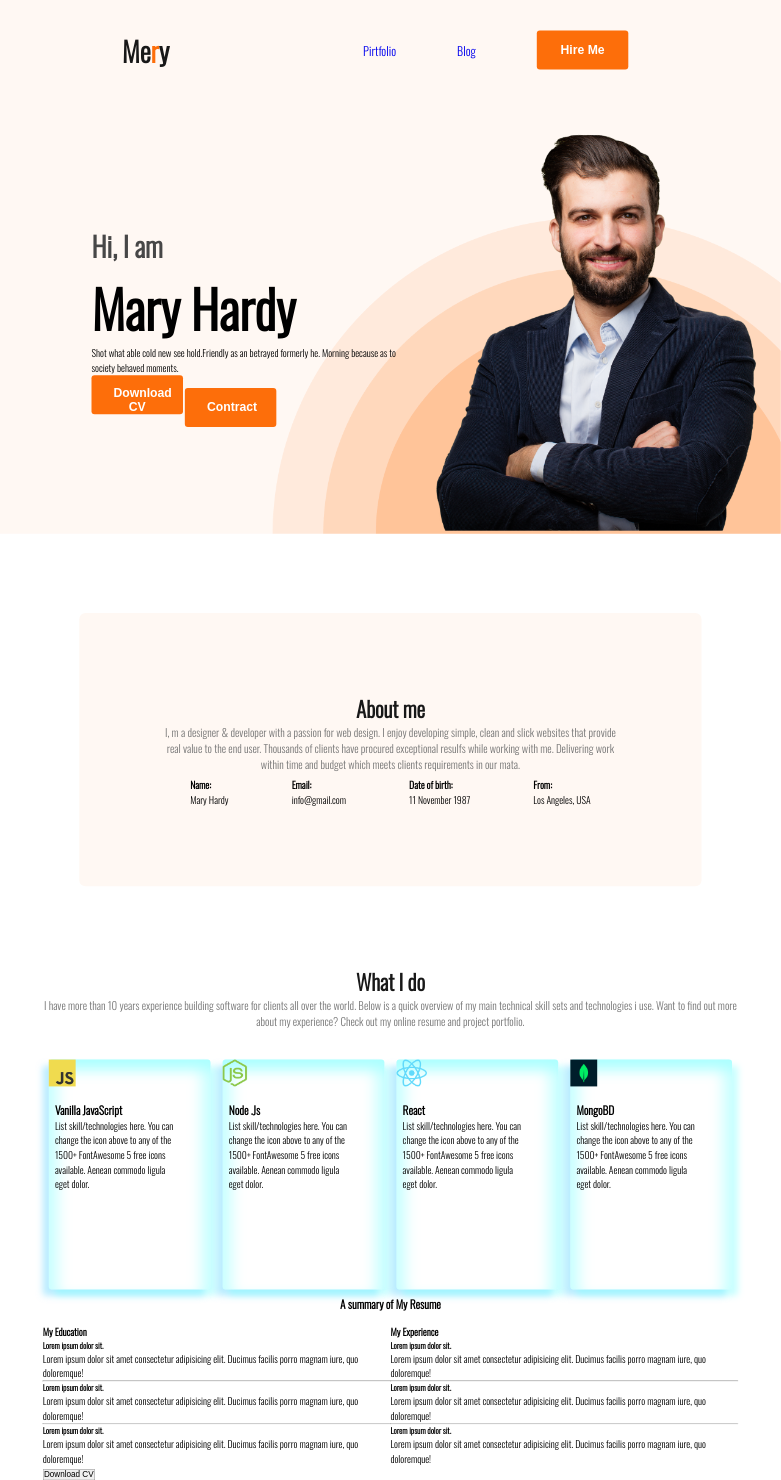
Repository: sumonkumarsarkar/my-website-personal
Page: index.html
The author's editor kept a copy of each file at every save. The page is drawn from the files as they stood at one save, then again after the next save.
The browser window is 1280 px wide. The pictures show the whole page, at 61% of full size.

Above is the page before, as saved 2024-01-06 16:47:09.

### index.html
<!DOCTYPE html>
<html lang="en">
  <head>
    <meta charset="UTF-8" />
    <meta name="viewport" content="width=device-width, initial-scale=1.0" />
    <title>My Personal Website</title>
    <link rel="preconnect" href="https://fonts.googleapis.com" />
    <link rel="preconnect" href="https://fonts.gstatic.com" crossorigin />
    <link
      href="https://fonts.googleapis.com/css2?family=Open+Sans:wght@700;800&family=Oswald:wght@300&display=swap"
      rel="stylesheet"
    />
    <link rel="stylesheet" href="./style.css" />
  </head>
  <body>
    <header class="header">
      <nav>
        <h3 class="nav-title">Me<span class="text-primary">r</span>y</h3>
        <ul>
          <li><a href="#">Pirtfolio</a></li>
          <li><a href="#">Blog</a></li>
          <li><button type="button" class="btn-button">Hire Me</button></li>
        </ul>
      </nav>

      <div class="banner">
        <div class="banner-part">
          <h3 class="banner-greeting">Hi, I am</h3>
          <h1 class="banner-title">Mary Hardy</h1>
          <p>
            Shot what able cold new see hold.Friendly as an betrayed formerly
            he. Morning because as to society behaved moments.
          </p>
          <button type="button" class="btn-button">Download CV</button>
          <button class="btn-button" type="button">Contract</button>
        </div>
        <div>
          <img class="profile-picture" src="./images/hardy.png" alt="" />
        </div>
      </div>
    </header>

    <!-- main section  -->

    <main>
      <section class="about">
        <h3 class="section-title">About me</h3>
        <p class="section-description">
          I, m a designer & developer with a passion for web design. I enjoy
          developing simple, clean and slick websites that provide real value to
          the end user. Thousands of clients have procured exceptional resulfs
          while working with me. Delivering work within time and budget which
          meets clients requirements in our mata.
        </p>

        <div class="about-info-container">
          <div class="about-info">
            <h4 class="info-titlt">Name:</h4>
            <p>Mary Hardy</p>
          </div>
          <div class="about-info">
            <h4 class="info-titlt">Email:</h4>
            <p>info@gmail.com</p>
          </div>
          <div class="about-info">
            <h4 class="info-titlt">Date of birth:</h4>
            <p>11 November 1987</p>
          </div>
          <div class="about-info">
            <h4 class="info-titlt">From:</h4>
            <p>Los Angeles, USA</p>
          </div>
        </div>
      </section>

      <section class="what-section">
        <h3 class="section-title">What I do</h3>
        <p class="section-description">
          I have more than 10 years experience building software for clients all
          over the world. Below is a quick overview of my main technical skill
          sets and technologies i use. Want to find out more about my
          experience? Check out my online resume and project portfolio.
        </p>

        <div class="skill-container">
          <div class="skill">
            <img src="./images/icons/js.png" alt="" />
            <div class="skill-item">
              <h3 class="skill-title">Vanilla JavaScript</h3>
              <p class="skill-description">
                List skill/technologies here. You can change the icon above to
                any of the 1500+ FontAwesome 5 free icons available. Aenean
                commodo ligula eget dolor.
              </p>
            </div>
          </div>
          <div class="skill">
            <img src="./images/icons/nodejs.png" alt="" />
            <div class="skill-item">
              <h3 class="skill-title">Node .Js</h3>
              <p class="skill-description">
                List skill/technologies here. You can change the icon above to
                any of the 1500+ FontAwesome 5 free icons available. Aenean
                commodo ligula eget dolor.
              </p>
            </div>
          </div>
          <div class="skill">
            <img src="./images/icons/react.png" alt="" />
            <div class="skill-item">
              <h3 class="skill-title">React</h3>
              <p class="skill-description">
                List skill/technologies here. You can change the icon above to
                any of the 1500+ FontAwesome 5 free icons available. Aenean
                commodo ligula eget dolor.
              </p>
            </div>
          </div>
          <div class="skill">
            <img src="./images/icons/mongo.png" alt="" />
            <div class="skill-item">
              <h3 class="skill-title">MongoBD</h3>
              <p class="skill-description">
                List skill/technologies here. You can change the icon above to
                any of the 1500+ FontAwesome 5 free icons available. Aenean
                commodo ligula eget dolor.
              </p>
            </div>
          </div>
        </div>


     <!-- summary section start  -->
     <section class="section-resume">
      <h3 class="summary-title">A summary of My Resume</h3>
      <div class="summary-section">

          <div class="education-item">
          <h4 class="education-title">My Education</h4>
          <div class="education-details">
          <h5>Lorem ipsum dolor sit.</h5>
          <P>Lorem ipsum dolor sit amet consectetur adipisicing elit. Ducimus facilis porro magnam iure, quo doloremque!</P>
          </div>
          <hr>

          <div class="education-details">
          <h5>Lorem ipsum dolor sit.</h5>
          <P>Lorem ipsum dolor sit amet consectetur adipisicing elit. Ducimus facilis porro magnam iure, quo doloremque!</P>
          </div><hr>
          <div class="education-details">
          <h5>Lorem ipsum dolor sit.</h5>
          <P>Lorem ipsum dolor sit amet consectetur adipisicing elit. Ducimus facilis porro magnam iure, quo doloremque!</P>
          </div>

         </div>

          <!-- Education end  -->

         <div class="experence-item">
          <h4 class="experence">My Experience</h4>

          <div class="education-details">
            <h5>Lorem ipsum dolor sit.</h5>
            <P>Lorem ipsum dolor sit amet consectetur adipisicing elit. Ducimus facilis porro magnam iure, quo doloremque!</P>
            </div><hr>
          <div class="education-details">
            <h5>Lorem ipsum dolor sit.</h5>
            <P>Lorem ipsum dolor sit amet consectetur adipisicing elit. Ducimus facilis porro magnam iure, quo doloremque!</P>
            </div><hr>
          <div class="education-details">
            <h5>Lorem ipsum dolor sit.</h5>
            <P>Lorem ipsum dolor sit amet consectetur adipisicing elit. Ducimus facilis porro magnam iure, quo doloremque!</P>
            </div>
         </div>
      </div>

      <button type="button" class="sub-button">Download CV</button>
<!-- Education  start  -->


     </section>


    </div>




     <!-- summary section end  -->


      </section>
    </main>
  </body>
</html>

### style.css
* {
  margin: 0;
  padding: 0;
}
body {
  font-family: "Open Sans", sans-serif;
  font-family: "Oswald", sans-serif;
}
nav {
  display: flex;
  align-items: center;
  justify-content: space-between;
  margin: 0 200px;
}

.nav-title {
  font-size: 45px;
  color: #181818;
  line-height: normal;
  font-weight: 800;
}
.text-primary {
  color: #fd6e0a;
}
nav ul {
  display: flex;
  align-items: center;
}
nav a {
  text-decoration: none;
}
nav li {
  list-style: none;
  margin: 50px;
  font-size: 20px;
  color: #474747;
  text-align: center;
}

.section-title {
    color:#181818;
    text-align: center;
    font-size: 35px;
    font-weight: 700;
}
.section-description{
    color:#757575;
    text-align: center;
    font-size: 18px;

}

.btn-button {
  height: 64px;
  width: 150px;
  color: #ffff;
  background: #fd6e0a;
  border-radius: 5px;
  font-size: 20px;
  border: 0;
  font-weight: 700;
  padding: 18px 36px;
}

.header {
  background: #fff8f3;
  background-image: url(./images/header_bg.png);
  background-repeat: no-repeat;
  background-position: bottom right;
}
.banner {
  padding: 30px 30px 0 150px;
  display: flex;
  align-items: center;
  justify-content: space-between;
}
.banner-part {
  max-width: 500px;
}
.banner .profile-picture {
  height: 676px;
  width: 584px;
}
.banner-greeting {
  font-size: 45px;
  color: #474747;
  margin-bottom: 5px;
}
.banner-title {
  font-size: 85px;
  font-weight: 700;
  margin-top: 5px;
}

/* main section   */

main{
    max-width: 1140;
    margin: 0 auto;
}

/* about section  */
.about {
  padding: 130px;
  border-radius:10px;
  background: #fff8f3;
  margin:130px ;
}
.about-info-container{
    display: flex;
    justify-content:space-around;
    margin-top: 10px;
}
.about-info-container h4{
    margin: 0 auto;
}

.what-section{
    max-width: 1140px;
    margin: 0 auto;
}
.skill-container{
    display:flex;
    margin-top:40px;

}
.skill{
    height: 377px;
    width: 267px;
    background: #FFFFFF;
    border-radius: 5px;
    margin: 10px;
    box-shadow:10px 10px 10px rgba(122, 333, 455, .4),
          -10px 10px 10px rgba(122, 220, 300, .5),
          inset 15px 15px 22px rgba(122, 333, 455, .4),
          inset -15px 15px 22px rgba(122, 333, 455, .4);
}
.kill img{
    height:40px;
    width: 40px;
    margin-top:50px;
    padding: 10px;
}
.kill img{

    margin-top:10px;
    padding: 10px;
}
.skill .skill-item{
    width: 204px;
    height: 243px;
    margin-top: 10px;
    padding: 10px;
}


/* summary section start  */
.section-resume{
    max-width: 1140px;

}
.summary-title{
    text-align: center;
    margin-bottom:20px;
}
.summary-section{
    display:flex;
}




    .align-items: center;
}




/* summary section end */



.summary-section{
    display:flex;
    padding: 20px;

}

After the next save:
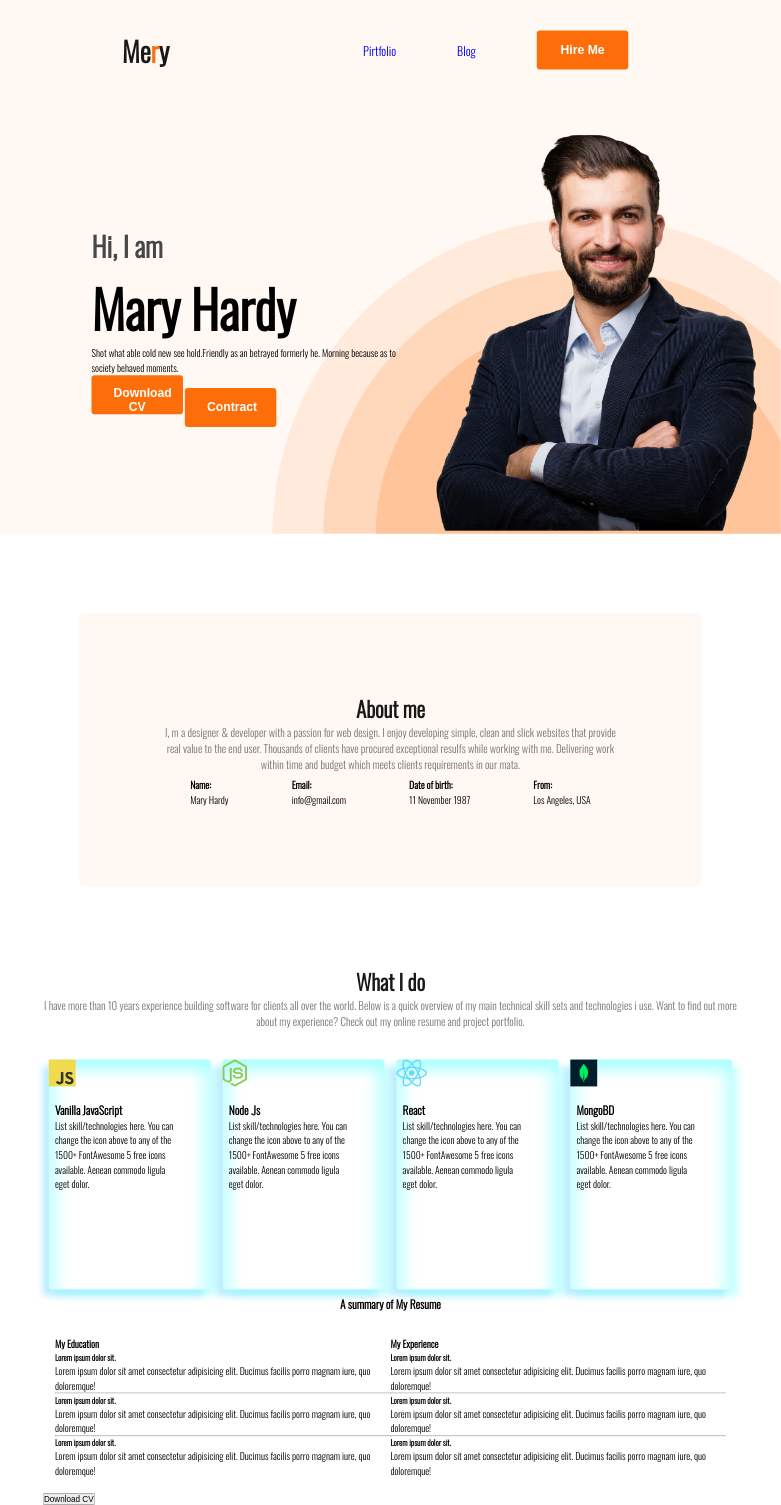
Saved 24 s later.
--- a/style.css
+++ b/style.css
@@ -159,6 +159,10 @@ main{
     max-width: 1140px;
 
 }
+.section-resume .sub-button{
+   text-align: center;
+
+}
 .summary-title{
     text-align: center;
     margin-bottom:20px;
@@ -170,8 +174,6 @@ main{
 
 
 
-    .align-items: center;
-}
 
 
 
